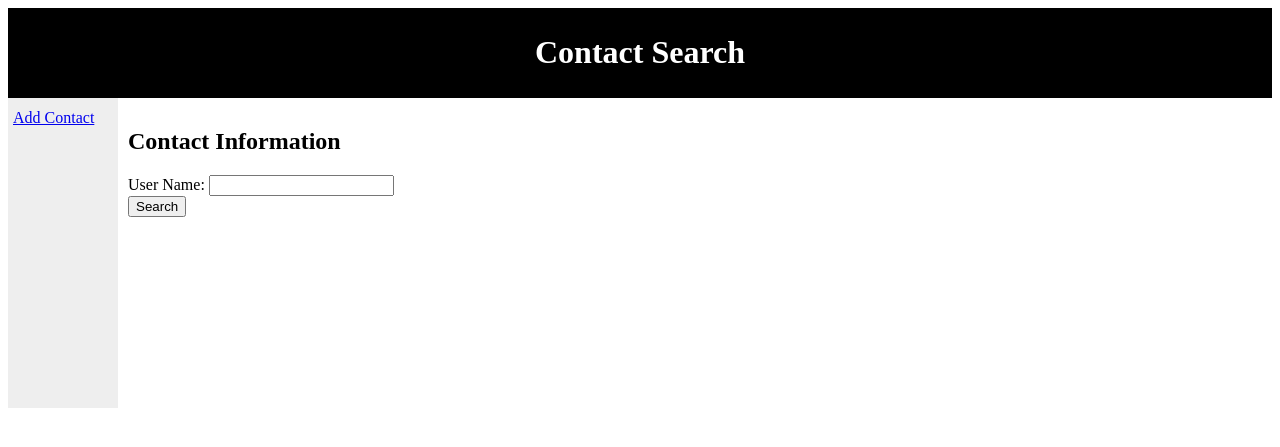
Repository: jonahnathan/techExercise
Page: webproject/src/main/webapp/simpleFormSearch.html
The author's editor kept a copy of each file at every save. The page is drawn from the files as they stood at one save, then again after the next save.
The browser window is 1280 px wide. The pictures show the whole page.

Above is the page before, as saved 2024-03-25 23:05:56.

After the next save:
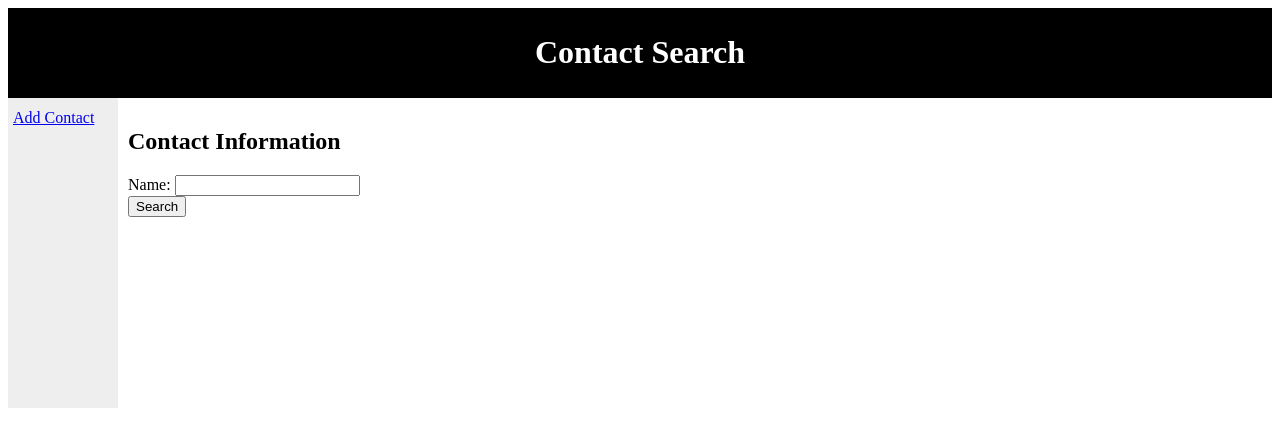
Saved 17 min 14 s later.
--- a/webproject/src/main/webapp/simpleFormSearch.html
+++ b/webproject/src/main/webapp/simpleFormSearch.html
@@ -44,7 +44,7 @@ footer {
 
 	<form action="SimpleFormSearch" method="POST">
 
-		User Name: <input type="text" name="keyword"> <br />
+		Name: <input type="text" name="keyword"> <br />
 
 		<input type="submit" value="Search" />
 	</form>
